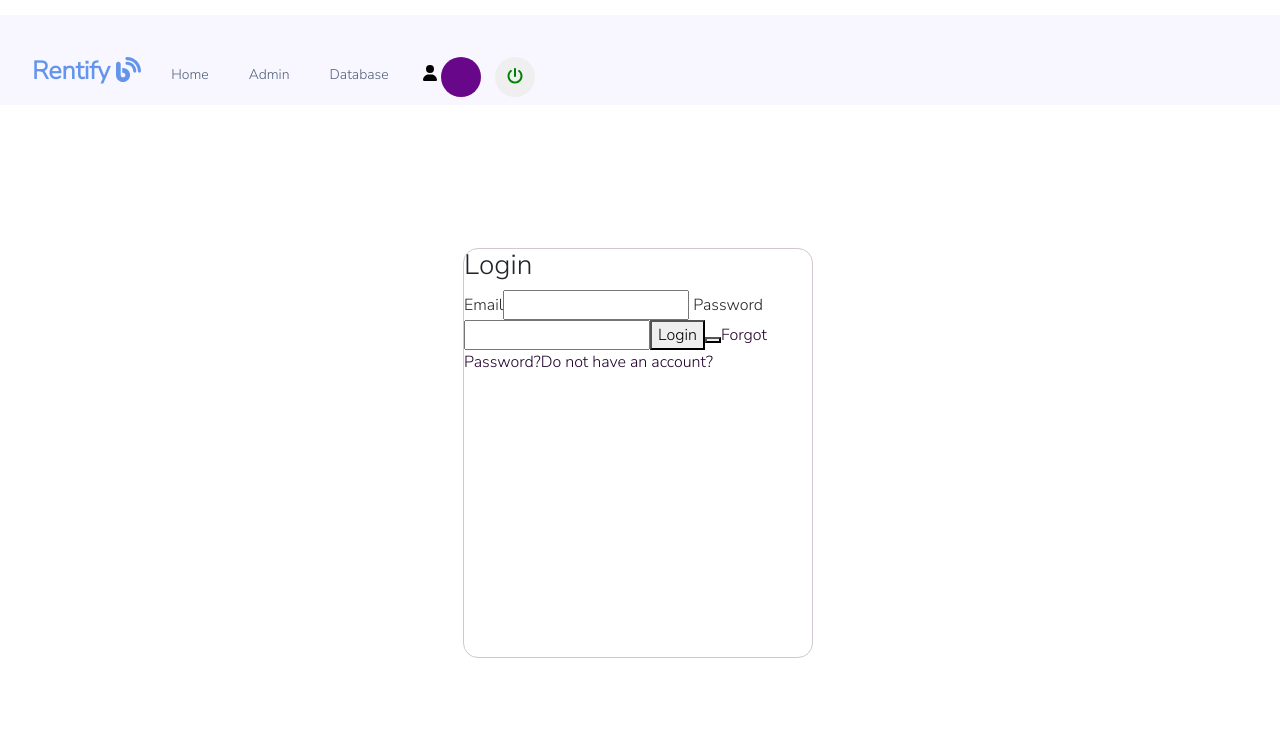
Repository: duzzisantos/rentify
Page: /
The author's editor kept a copy of each file at every save. The page is drawn from the files as they stood at one save, then again after the next save.
The browser window is 1280 px wide. The pictures show the whole page.
The project was rebuilt for these pictures with package versions that can differ from the ones it lists, and the page was loaded fresh each time. Also part of the build but not shown: src/home.js, src/admin.js, src/auth/register.js, src/table-component.js, src/edit-property.js, src/tables.js, src/booking.js.

Above is the page before, as saved 2022-05-19 00:53:36.

### src/App.js
import "./App.css";
import "react-bootstrap";
import "bootstrap/dist/css/bootstrap.min.css";
import { Route, Routes } from "react-router-dom";
import Homepage from "./home";
import Admins from "./admin";
import Auth from "./auth/auth";
import Login from "./auth/login";
import Register from "./auth/register";
import Tables from "./tables";
import EditProperty from "./edit-property";
import Booking from "./booking";

function App() {
  return (
    <div className="App">
      <Auth/>
      <Routes>
        <Route path="/" element={<Login />} />
        <Route path="login/*" element={<Login />} />
        <Route path="register/*" element={<Register />} />
        <Route path="auth/*" element={<Auth />} />
        <Route path="auth/home/*" element={<Homepage />} />
        <Route path="auth/admin" element={<Admins />} />
        <Route path="auth/tables/*" element={<Tables />} />
        <Route path="auth/admin/edit-property/:ID" element={<EditProperty />} />
        <Route path="booking/:ID" element={<Booking />} />
      </Routes>
    </div>
  );
}

export default App;

### src/App.css
@import url("https://fonts.googleapis.com/css2?family=Nunito+Sans:wght@300&family=Poppins:wght@200;300&family=Roboto&family=Roboto+Serif:wght@300&family=Ubuntu:wght@300&display=swap");
* {
  font-family: "Nunito Sans", sans-serif;
}
.App {
  /* display: flex;
  flex-direction: column; */
  height: fit-content;
  width: 100%;
}

.hero {
  height: calc(0.25 * 657px);
  background-color: rgb(33, 2, 43);
  width: 100%;
  padding-top: 80px;
  margin-top: 120px;
  background-image: url("https://i.dlpng.com/static/png/7058604_preview.png");
  background-repeat: no-repeat;
  background-size: cover;
  background-position: 0%;
  filter: grayscale(0);
}

.filter-property {
  height: calc(0.6 * 657px);
  background-color: azure;
  width: 100%;
  color: gray;
  justify-content: center;
  align-items: center;
  bottom: 0;
  padding-top: 40px;
}

.filter-property input {
  text-align: center;
}
#display-results {
  height: 657px;
  background-color: white;
  width: 100%;
  color: gray;
}

#hero-text {
  height: 80%;
  text-align: center;
}

h1 {
  color: white;
  padding-top: 0px;
  font-size: clamp(20px, 55px, 60px);
}

h4,
h6 {
  padding-top: 10px;
  margin-left: 25px;
  font-size: clamp(10px, 15px, 20px);
  color: rgba(0, 0, 0, 0.705);
}

.filter-property span {
  margin-left: 25px;
  margin-top: 10px;
  color: rgba(0, 0, 0, 0.705);
  display: block;
  font-weight: 600;
  font-size: 14px;
}

.filter-property label {
  display: inline-block;
  margin-left: 22px;
  font-size: 13px;
  color: rgba(0, 0, 0, 0.705);
}

.filter-property input[type="checkbox"] {
  display: inline-block;
  margin-left: 5px;
}

#search-btn {
  background-color: transparent;
  border: 1px solid black;
  color: rgba(0, 0, 0, 0.705);
  border-radius: 10px;
  display: block;
  margin-left: 25px;
  margin-top: 10px;
  padding: 6px;
  font-size: 13px;
  width: 70px;
  margin-bottom: 20px;
}

#search-btn:hover {
  border: 1px solid rgb(33, 2, 43);
  color: rgb(33, 2, 43);
}

.link {
  text-decoration-line: none;
  color: white;
  margin: 10px;
}

.links{
  color: rgb(33, 2, 43);
  text-decoration: none;
}
.link:hover {
  color: gray;
}

tr .link {
  text-decoration-line: none;
  color: rgba(0, 0, 0, 0.705);
  margin: 10px;
}

tr .link:hover {
  color: rgb(33, 2, 43);
}

.admin-container,
.edit-container {
  height: fit-content;
  padding-top: 80px;
  display: flex;
  flex-direction: column;
  width: 100%;
  justify-content: center;
  align-items: center;
}

.admin-container h2,
.admin-container h6,
.edit-container h6 {
  text-align: center;
}

.admin-container h2,
.edit-container h2 {
  color: rgba(0, 0, 0, 0.705);
  padding: 25px;
}

.admin-container form,
.edit-container form {
  padding-top: 20px;
  width: 450px;
  margin-left: 0;
  display: block;
  background-color: azure;
  display: flex;
  flex-direction: column;
  margin-bottom: 20px;
  border-radius: 15px;
}

.admin-container input,
.edit-container input {
  display: block;
  border: 1px solid rgb(212,212,212);
  border-radius: 15px;
  width: 300px;
  font-size: small;
  text-indent: 5px;
  margin-left: 15%;
}

.admin-container label,
.admin-container span,
.edit-container label,
.edit-container span {
  display: block;
  font-size: small;
  margin-top: 10px;
  margin-left: 15%;
}

#admin-btn {
  border-radius: 15px;
  border: 1px solid transparent;
  margin-bottom: 15px;
  margin-top: 15px;
  color: white;
  background-color: #25D366;
  display: block;
  font-size: small;
  margin-left: 15%;
  width: 100px;
  padding: 4px;
}


.display-data {
  height: fit-content;
  background-color: rgb(33, 2, 43);
  padding-top: 80px;
  color: whitesmoke;
  display: flex;
  flex-direction: column;
}

.display-data h2,
.display-data h6 {
  text-align: center;
  color: whitesmoke;
}

.photos {
  margin-top: 5px;
}

.photos::placeholder {
  font-size: small;
  text-indent: 5px;
}

#search {
  margin-bottom: 15px;
  width: 300px;
  border: 1px solid rgb(212,212,212);
  border-radius: 15px;
  outline: none;
  padding: 4px;
  margin-left: 40%;
  /* margin-left: 19%; * for media query max-width 550px */
}

#search::placeholder {
  font-size: small;
  text-align: center;
}

input {
  outline: none;
}
.database {
  height: fit-content;
  background-color: azure;
  margin-top: 10px;
}

#delete {
  background-color: transparent;
  border: 1px solid #eb5e55;
  color: black;
  border-radius: 5px;
}

#data-reference {
  width: 950px;
  display: inline-block;
  overflow: hidden;
}

#data-reference ol li {
  margin-bottom: 12px;
}
#update-dialog input {
  width: 300px;
  margin-top: 3px;
  display: block;
}

#final-update {
  background-color: rgb(33, 2, 43);
  border: 1px solid transparent;
  color: whitesmoke;
  margin-bottom: 10px;
}

h4,
#display-results span {
  text-align: center;
}

#display-results {
  width: 100%;
  height: fit-content;
  border: 1px solid azure;
}

.one-result {
  width: 100%;
  height: fit-content;
  border: 1px solid whitesmoke;
}

.image-holder {
  height: fit-content;
  width: fit-content;
  border: 1px solid whitesmoke;
  display: flex;
  flex-direction: row;
  flex-wrap: wrap;
  margin-left: 80px;
}

.image-holder img {
  background-repeat: no-repeat;
  background-size: cover;
  height: 140px;
  width: 185px;
  margin: 5px;
  border: 1px solid whitesmoke;
  background-size: cover;
  background-position: center;
  transition: transform 0.5s;
}

.image-holder img:hover {
  transform: scale(1.3);
}
tr img {
  height: 30px;
  width: 40px;
  border: 1px solid whitesmoke;
  background-size: cover;
  background-position: center;
  transition: transform 0.5s;
}

tr img:hover {
  transform: scale(3);
}

.primary-details li {
  font-size: small;
  margin-left: 60px;
}
.primary-details li:nth-child(1) {
  margin-top: 10px;
}
.amenities li {
  list-style-type: none;
  display: inline-block;
  justify-content: space-between;
  margin: 8px;
  margin-left: 50px;
  font-size: small;
}

.booking {
  border: 1px solid rgb(33, 2, 43);
  color: rgb(33, 2, 43);
  background-color: transparent;
  margin-left: 3px;
  border-radius: 15px;
  font-size: 11px;
  margin-bottom: 10px;
}

.isAvailable {
  background-color: #25D366;
  border: 1px solid transparent;
  border-radius: 15px;
  color: white;
  font-size: 11px;
  margin-bottom: 5px;
  margin-left: 80px;
}

.booking-wrapper{
  height: fit-content;
  width: 100%;
  display: flex;
  flex-direction: column;
  justify-content: center;
  align-items: center;
  padding-top: 80px;
}

.my-booking{
  height: 500px;
  width: 400px;
  background-color: azure;
  border-radius: 15px;
}

.my-booking form{
  display: flex;
  flex-direction: column;
}
.my-booking label{
  margin-left: 50px;
  margin-top: 15px;
}
.my-booking input{
  width: 300px;
  margin-left: 50px;
  border-radius: 15px;
  margin-bottom: 5px;
  border: 1px solid rgb(212,212,212);
  text-indent: 10px;
}
.account-display {
  margin-top: 200px;
  margin-left: 35%;
  display: flex;
  flex-direction: column;
  height: 350px;
  width: 400px;
  background-color: rgb(33, 2, 43);
  border-top-left-radius: 50px;
  border-bottom-right-radius: 50px;

  /* margin-left: 36%;
  margin-top: calc(37% / 5); */
}

.account-display .account-nav {
  list-style-type: none;
  display: flex;
  flex-direction: row;
  margin-bottom: 25px;
  margin-top: 10px;
  margin-left: 210px;
}

.account-display .account-nav .links {
  text-decoration-line: none;
  color: whitesmoke;
  margin-left: 20px;
  font-size: small;
}

.account-nav .links:hover {
  color: gray;
}

.account-form-wrapper {
  height: 200px;
  width: 400px;
  display: flex;
  flex-direction: column;
  background-color: rgb(33, 2, 43);
  color: whitesmoke;
  /* border-top-left-radius: 50px;
  border-bottom-right-radius: 50px; */
}

.account-form-wrapper h3 {
  text-align: center;
  margin-bottom: 30px;
}

.account-form-wrapper form {
  display: flex;
  flex-direction: column;
  width: 80%;
  margin-left: 10%;
}

.account-form-wrapper input {
  margin-bottom: 20px;
  border-radius: 10px;
  border: 1px solid transparent;
}

.account-form-wrapper button {
  margin: 20px 10px 0px 0px;
  width: 30%;
  border: 1px solid whitesmoke;
  background-color: transparent;
  border-radius: 50px;
  color: whitesmoke;
}

.account-form-wrapper .account-nav .links {
  color: whitesmoke;
  text-decoration: none;
  list-style-type: none;
}

.list-wrapper {
  padding-top: 80px;
  width: 99%;
  height: fit-content;
}

.login,
.register,
.reset {
  height: 645px;
  width: 99.7%;
  display: -webkit-box;
  display: -ms-flexbox;
  display: flex;
  -webkit-box-orient: vertical;
  -webkit-box-direction: normal;
      -ms-flex-direction: column;
          flex-direction: column;
  -webkit-box-pack: center;
      -ms-flex-pack: center;
          justify-content: center;
  -webkit-box-align: center;
      -ms-flex-align: center;
          align-items: center;
  bottom: 0;
}

.login-container,
.register-container,
.reset-container {
  height: 410px;
  width: 350px;
  border: 1px solid #d1c7d1;
  border-radius: 15px;
  margin-top: 50px;
}

.auth-container {
  height: 90px;
  width: 100%;
  background-color: transparent;
  margin-right: 10px;
  overflow: hidden;
  margin-left: auto;
  margin-top: 15px;
  display: -webkit-box;
  display: -ms-flexbox;
  display: flex;
  -webkit-box-orient: horizontal;
  -webkit-box-direction: normal;
      -ms-flex-direction: row;
          flex-direction: row;
}

.auth-span {
  height: -webkit-fit-content;
  height: -moz-fit-content;
  height: fit-content;
  width: -webkit-fit-content;
  width: -moz-fit-content;
  width: fit-content;
  margin-left: 4px;
  margin-top: 5px;
  overflow: hidden;
}

.auth-btn {
  height: 40px;
  width: 40px;
  border-radius: 50%;
  margin-left: 10px;
  margin-top: 0px;
  border: 1px solid transparent;
  color: green;
}

.auth-btn:hover {
  color: crimson;
  -webkit-transition-delay: 20ms;
          transition-delay: 20ms;
}

.auth-avi{
  height: 40px;
  width: 40px;
  background-color: rgb(105, 7, 138);
  color: whitesmoke;
  border-radius: 50%;
  text-align: center;
  padding-top: 6px;
}
/*Navbar component*/

.nav-items {
  width: 100%;
  height: 90px;
  margin-top: 0px;
}

.nav-links {
  display: inline-block;
  margin-left: 20px;
  padding-top: 15px;
}

.nav-links:nth-child(1) {
  font-size: 25px;
  color: cornflowerblue;
  font-weight: 800;
  -webkit-text-decoration-line: none;
          text-decoration-line: none;
  text-decoration: none;
  margin-left: 0px;
}

.nav-items #hamburger-icon {
  display: none;
}

.nav-items .dashboard-container {
  margin-left: 0px;
}

.link {
  color: #525f7a;
  font-size: 14px;
  text-decoration: none;
}

.link:hover {
  -webkit-text-decoration-line: underline;
          text-decoration-line: underline;
  text-decoration-thickness: 2px;
  -webkit-text-decoration-color: cornflowerblue;
          text-decoration-color: cornflowerblue;
}

.nav-wrap {
  display: -webkit-box;
  display: -ms-flexbox;
  display: flex;
  -webkit-box-orient: horizontal;
  -webkit-box-direction: normal;
      -ms-flex-direction: row;
          flex-direction: row;
  margin-top: 0px;
}

.navbar {
  height: 90px;
  background-color: #f8f7ff;
  -webkit-box-shadow: 1px 1px 5px 1px rgba(0, 0, 0, 0.1);
          box-shadow: 1px 1px 5px 1px rgba(0, 0, 0, 0.1);
  width: 100%;
  position: fixed;
  z-index: 2;
  display: -webkit-box;
  display: -ms-flexbox;
  display: flex;
  -webkit-box-orient: horizontal;
  -webkit-box-direction: normal;
      -ms-flex-direction: row;
          flex-direction: row;
}

### src/auth/auth.js
import React, { useState, useEffect } from "react";
import { useAuthState } from "react-firebase-hooks/auth";
import { useNavigate, Link } from "react-router-dom";
import "../App.css";
import { db, auth, logout } from "./firebase";
import { query, collection, getDocs, where } from "firebase/firestore";
import { FontAwesomeIcon } from "@fortawesome/react-fontawesome";
import { library } from "@fortawesome/fontawesome-svg-core";
import {
  faBars,
  faBlog,
  faCake,
  faClock,
  faHouse,
  faPowerOff,
  faUser,
} from "@fortawesome/free-solid-svg-icons";

library.add(faCake, faPowerOff, faHouse, faClock, faUser, faBars);
const isAuthorized = process.env.REACT_APP_ADMIN;

const Auth = () => {
  const [user, loading] = useAuthState(auth);
  const [name, setName] = useState("");
  const navigate = useNavigate();

  const fetchUserName = async () => {
    try {
      const q = query(collection(db, "users"), where("uid", "==", user?.uid));
      const doc = await getDocs(q);
      const data = doc.docs[0].data();
      setName(data.name);
    } catch (err) {
      console.log(err);
    }
  };

  useEffect(() => {
    if (loading) {
      return;
    } else if (!user) {
      fetchUserName();
      return navigate("/");
    }
  });

  // handles menu collapse for navbar

  const handleMenuCollapse = () => {
    var navitems = document.getElementById("myTopnav");
    if (navitems.className === "nav-items") {
      navitems.className += " responsive";
    } else {
      navitems.className = "nav-items";
    }
  };

  return (
    <div className="auth-container">
      <nav className="navbar">
        {/* <div className="img-holder" id="active"></div> */}
        <ul className="nav-items" id="myTopnav">
          <li className="nav-links" id="active">
            <Link to="/auth/home" className="nav-links">
              Rentify <FontAwesomeIcon icon={faBlog} />
            </Link>
          </li>
          <li className="nav-links">
            <Link to="/auth/home" className="link">
              Home
            </Link>
          </li>
          {user?.uid === isAuthorized ? (
            <>
              <li className="nav-links">
                <Link to="/auth/admin" className="link">
                  Admin
                </Link>
              </li>
              <li className="nav-links">
                <Link to="/auth/table" className="link">
                  Database
                </Link>
              </li>
            </>
          ) : (
            <></>
          )}

          <li className="nav-links">
            <div className="auth-container">
              <span className="auth-span">
                <FontAwesomeIcon icon={faUser} style={{ color: "#000000" }} />
              </span>
              <span className="auth-span">{name}</span>
              <div className="auth-avi" title="Logged in">
                {user?.email[0].toUpperCase()}
              </div>
              <span className="auth-span">{user?.email}</span>
              <button
                className="auth-btn"
                onClick={logout}
                type="button"
                title="Logout"
              >
                <FontAwesomeIcon icon={faPowerOff} />
              </button>
            </div>
          </li>
          <li
            className="nav-links"
            id="hamburger-icon"
            onClick={handleMenuCollapse}
          >
            <FontAwesomeIcon icon={faBars} style={{ fontSize: "30px" }} />
          </li>
        </ul>
      </nav>
    </div>
  );
};

export default Auth;

### src/auth/login.js
import React, { useEffect, useState } from "react";
import { Link, useNavigate } from "react-router-dom";
import {
  auth,
  logInWithEmailAndPassword,
  signInWithGoogle,

} from "./firebase";
// import { signInWithFacebook } from "./facebook-auth";
import { useAuthState } from "react-firebase-hooks/auth";
import "../App.css";
const Login = () => {
  const [email, setEmail] = useState("");
  const [password, setPassword] = useState("");
  const [user, loading] = useAuthState(auth);

  const navigate = useNavigate();

  useEffect(() => {
    if (loading) {
      return;
    }
    if (user) navigate("/auth/home");
  });
  return (
    <div className="login">
      <div className="login-container">
        <h3>Login</h3>
        <label htmlFor="login-email">Email</label>
        <input
          type="text"
          id="login-email"
          value={email}
          onChange={(e) => setEmail(e.target.value)}
        />{" "}
        <label htmlFor="login-password">Password</label>
        <input
          type="password"
          id="login-password"
          value={password}
          onChange={(e) => setPassword(e.target.value)}
        />
        <button
          className="login-btn"
          onClick={() => logInWithEmailAndPassword(email, password)}
        >
          Login
        </button>
        <button className="google" onClick={signInWithGoogle}></button>
        <span className="login-span">
          <Link to="reset" className="links">
            Forgot Password?
          </Link>
        </span>
        <span className="login-span">
          <Link to="register" className="links">
            Do not have an account?
          </Link>
        </span>
      </div>
    </div>
  );
};

export default Login;

### src/auth/firebase.js
// Import the functions you need from the SDKs you need
import { initializeApp } from "firebase/app";
import {
  GoogleAuthProvider,
  getAuth,
  signInWithPopup,
  createUserWithEmailAndPassword,
  sendPasswordResetEmail,
  signOut,
  signInWithEmailAndPassword,
  FacebookAuthProvider,
  GithubAuthProvider,
} from "firebase/auth";

import {
  getFirestore,
  query,
  getDocs,
  collection,
  where,
  addDoc,
} from "firebase/firestore";

const firebaseConfig = {
  apiKey: "AIzaSyBq7ZNJVq1t_7de0pP81LbAvlPEPQxA0vo",
  authDomain: "rentify-auth.firebaseapp.com",
  projectId: "rentify-auth",
  storageBucket: "rentify-auth.appspot.com",
  messagingSenderId: "445797736646",
  appId: "1:445797736646:web:41143314a017117dcc77c7",
  measurementId: "G-53M80TPLJK",
};

// Initialize Firebase
const app = initializeApp(firebaseConfig);
const auth = getAuth(app);
const db = getFirestore(app);
const provider = new FacebookAuthProvider();
provider.addScope("user_birthday");
provider.setCustomParameters({
  display: "popup",
});

const googleProvider = new GoogleAuthProvider();
const signInWithGoogle = async () => {
  try {
    const res = await signInWithPopup(auth, googleProvider);
    const user = res.user;
    const q = query(collection(db, "users"), where("uid", "==", user.uid));
    const docs = await getDocs(q);
    if (docs.docs.length === 0) {
      await addDoc(collection(db, "users"), {
        uid: user.uid,
        name: user.displayName,
        authProvider: "google",
        email: user.email,
      });
    }
  } catch (err) {
    console.log(err);
  }
};

//Facebook authentication

const signInWithFacebook = async () => {
  try {
    const res = await signInWithPopup(auth, provider);
    const user = res.user;
    const q = query(collection(db, "users"), where("uid", "==", user.uid));
    const docs = await getDocs(q);
    if (docs.docs.length === 0) {
      await addDoc(collection(db, "users"), {
        uid: user.uid,
        name: user.displayName,
        authProvider: "facebook",
        email: user.email,
        photo: user.photoURL,
      });
    }
  } catch (err) {
    console.log(err);
  }
};

const gitProvider = new GithubAuthProvider();
gitProvider.addScope("user");
gitProvider.setCustomParameters({
  allow_signup: "false",
});
const signInUsingGithub = async () => {
  try {
    const res = await signInWithPopup(auth, gitProvider);
    const user = res.user;
    const q = query(collection(db, "users"), where("uid", "==", user.uid));
    const docs = await getDocs(q);
    if (docs.docs.length === 0) {
      await addDoc(collection(db, "users"), {
        uid: user.uid,
        name: user.displayName,
        authProvider: "github",
        email: user.email,
        photo: user.photoURL,
      });
    }
  } catch (err) {
    console.log(err);
  }
};

const logInWithEmailAndPassword = async (email, password) => {
  try {
    await signInWithEmailAndPassword(auth, email, password);
  } catch (err) {
    alert("Either Email or Password is incorrect!");
    console.log(err);
  }
};

const registerWithEmailAndPassword = async (name, email, password) => {
  try {
    const res = await createUserWithEmailAndPassword(auth, email, password);
    const user = res.user;
    await addDoc(collection(db, "users"), {
      uid: user.uid,
      name,
      authProvider: "google",
      email,
    });
  } catch (err) {
    console.log(err);
  }
};

const sendPasswordReset = async (email) => {
  try {
    await sendPasswordResetEmail(auth, email);
    console.log("Password reset link sent!");
  } catch (err) {
    console.log(err);
  }
};

const logout = () => {
  signOut(auth);
};

export {
  auth,
  db,
  signInWithGoogle,
  signInWithFacebook,
  signInUsingGithub,
  logInWithEmailAndPassword,
  registerWithEmailAndPassword,
  sendPasswordReset,
  logout,
};

Loaded but not shown: public/index.html (common file); src/index.js (common file); src/index.css (common file)

After the next save:
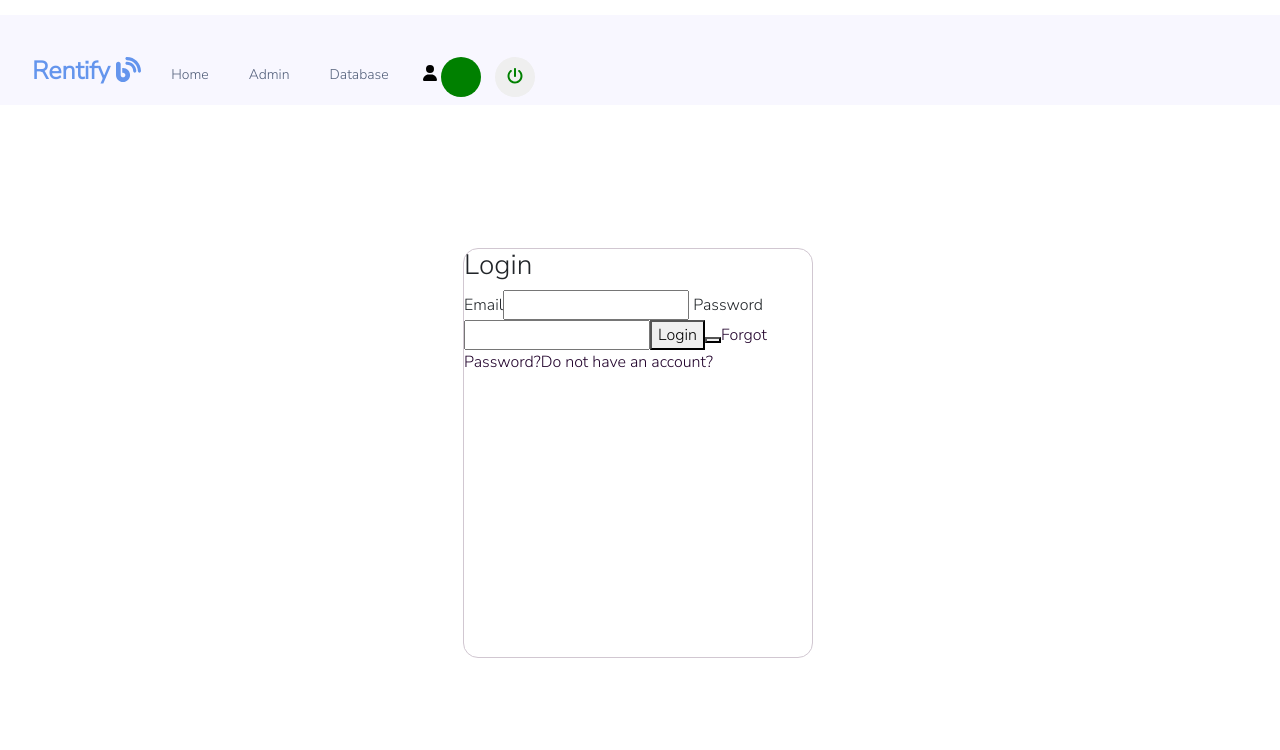
Saved 14 s later.
--- a/src/App.css
+++ b/src/App.css
@@ -564,7 +564,7 @@ tr img:hover {
 .auth-avi{
   height: 40px;
   width: 40px;
-  background-color: rgb(105, 7, 138);
+  background-color: green;
   color: whitesmoke;
   border-radius: 50%;
   text-align: center;
